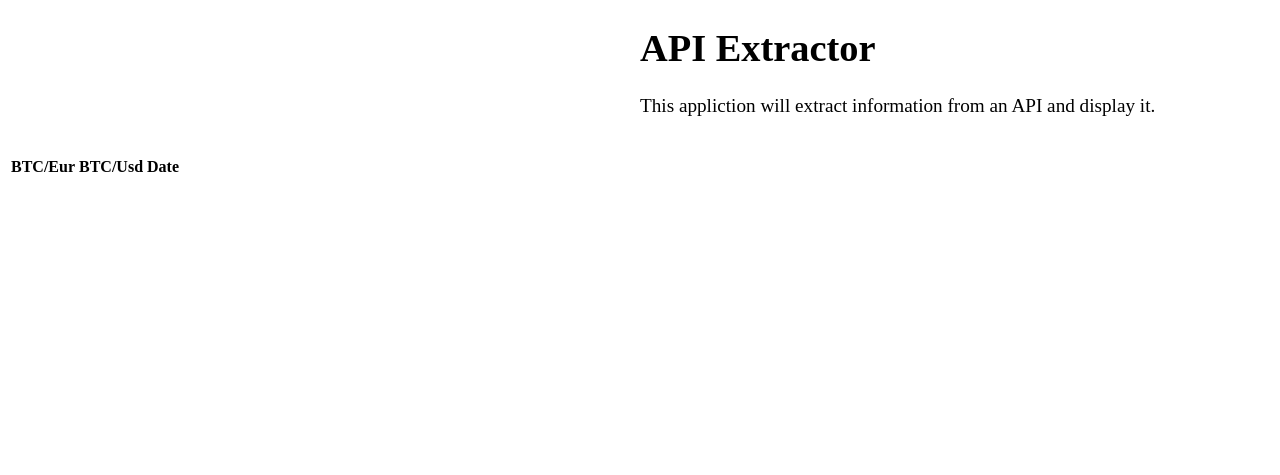
Repository: vxyux/api-extraction
Page: index.html
The author's editor kept a copy of each file at every save. The page is drawn from the files as they stood at one save, then again after a run of saves.
The browser window is 1280 px wide. The pictures show the whole page.
The page's requests for data from a server got no answer.

Above is the page before, as saved 2023-09-05 10:33:29.

After the next 2 saves:
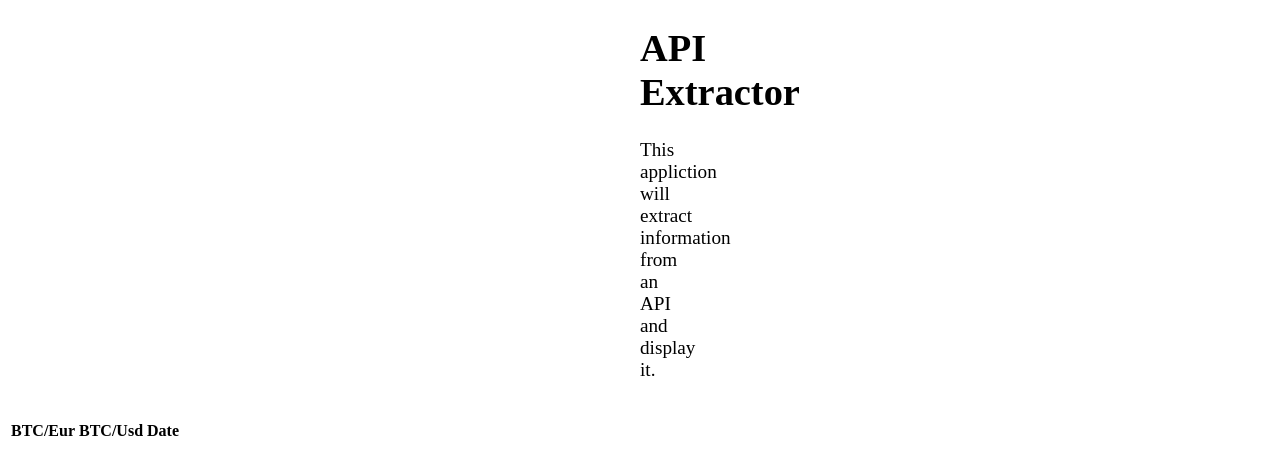
The 2 saves are shown as one change because they came seconds apart.
The last was saved 7 s later.
--- a/stylesheet.css
+++ b/stylesheet.css
@@ -1,4 +1,5 @@
 .center {
   margin-left: 50%;
+  margin-right: 50%;
   font-size: 120%;
 }
